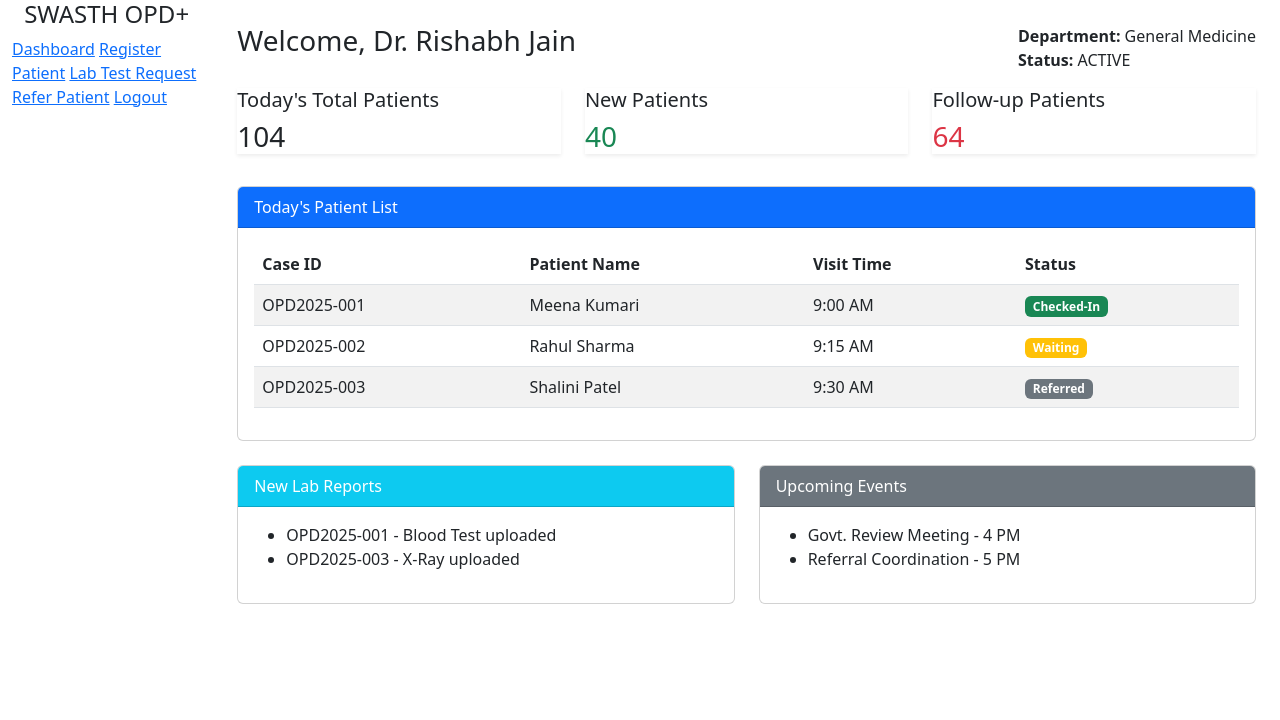
Repository: rishabhacejain/swasth-opd-plus
Page: http://localhost/swasth-opd/WEB-INF/jsps/dashboard.jsp
An editor plug-in stored every save of this project. The page is shown before and after the next save, followed by the edit.
The browser window is 1280 px wide. The pictures show the whole page.
The page is served by Tomcat 10. Nobody is signed in. The template is opened directly, without the code that normally fills it, so the values that code supplies are empty.

Above is the page before, as saved 2025-06-23 20:01:18.

After the next save:
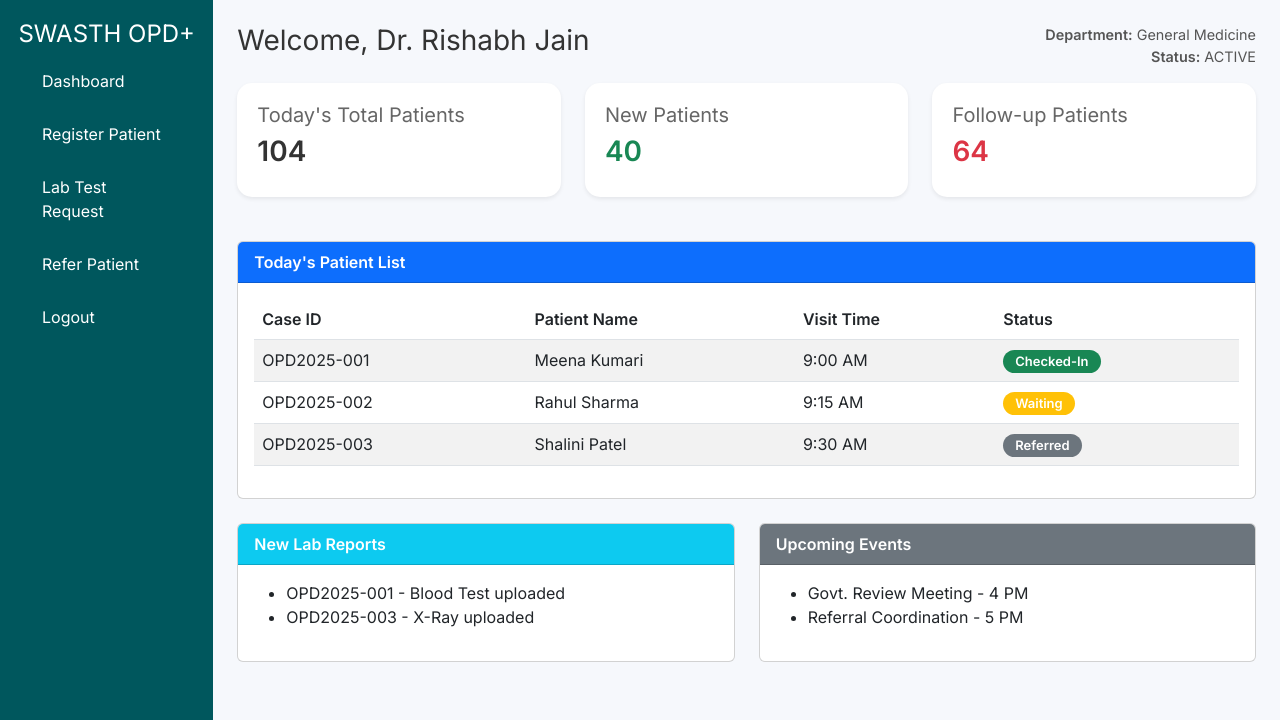
Saved 3 min 16 s later.
--- a/swasth-opd/src/main/webapp/WEB-INF/jsps/dashboard.jsp
+++ b/swasth-opd/src/main/webapp/WEB-INF/jsps/dashboard.jsp
@@ -4,12 +4,12 @@
 <head>
     <title>SWASTH OPD+ | Doctor Dashboard</title>
     <link href="https://cdn.jsdelivr.net/npm/bootstrap@5.3.0/dist/css/bootstrap.min.css" rel="stylesheet">
-    <style>
+
        <link href="https://cdn.jsdelivr.net/npm/bootstrap@5.3.0/dist/css/bootstrap.min.css" rel="stylesheet">
-<link rel="stylesheet" href="/css/dashboard.css">
-<link rel="stylesheet" href="https://cdn.jsdelivr.net/npm/bootstrap-icons@1.10.5/font/bootstrap-icons.css">
+         <link rel="stylesheet" href="/css/dashboard.css">
+          <link rel="stylesheet" href="https://cdn.jsdelivr.net/npm/bootstrap-icons@1.10.5/font/bootstrap-icons.css">
 
-    </style>
+
 </head>
 <body>
 
